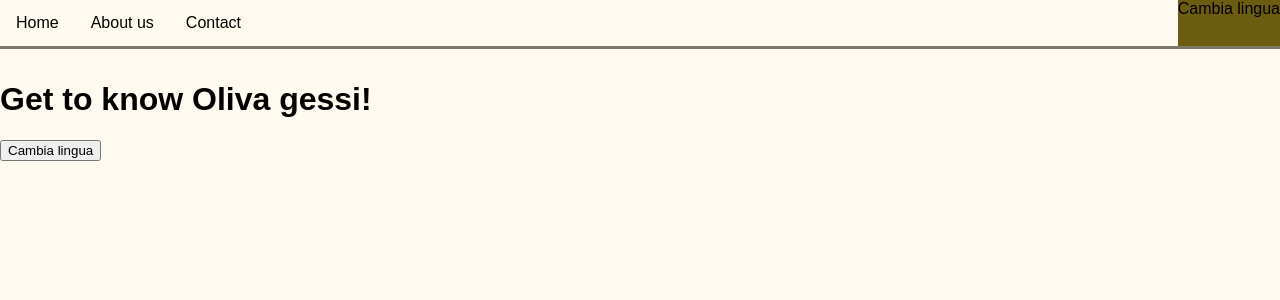
Repository: Seaside-Jokers/Oliva-gessi
Page: index.html
The author's editor kept a copy of each file at every save. The page is drawn from the files as they stood at one save, then again after a run of saves.
The browser window is 1280 px wide. The pictures show the whole page.

Above is the page before, as saved 2026-02-16 19:24:11.

### index.html
<!DOCTYPE html>
<html lang="it">
<head>
    <meta charset="UTF-8">
    <title>Oliva gessi</title>
    <link rel="stylesheet" href="src/style.css">
</head>
<body>
    <nav class="navbar">
        <a class="nav-button" href="#" data-key="home">Home</a>
        <a class="nav-button" href="#" data-key="about">Chi siamo</a>
        <a class="nav-button" href="#" data-key="contact">Contatti</a>
        <a onclick="changeState()" data-key="change-language" class="change-language">
            Cambia lingua</a>
    </nav>

    <h1 data-key="titolo">Vieni a conoscere Oliva Gessi!</h1>
    <button onclick="changeState()" type="button">Cambia lingua</button>

    <!-- - - - - - - - - - - - - - - - - - - - - - - - - - - - - - - - - - - - -->
    <!--                              DO NOT TOUCH                             -->
    <!-- - - - - - - - - - - - - - - - - - - - - - - - - - - - - - - - - - - - -->
    <script src="src/database_testo.js"></script>
    <script src="src/color_scheme.js"></script>
</body>

<!-- TODO: leggi questo commento e poi eliminalo per favore: quando vuoi aggiungere un nuovo testo modificalo in src/database_testo.js -->
</html>

### src/style.css
body {
    font-family: 'Montserrat', sans-serif;
    margin: 0;
    padding: 0;
    padding-top: 60px; /* Per evitare che il contenuto venga nascosto sotto la navbar */
    background-color: var(--colors-background);
}
.navbar {
    display: flex;
    overflow: hidden;
    background-color: var(--colors-surface);
    outline: 3px solid var(--colors-outline);
    position: fixed;
    top: 0;
    width: 100%;
}

.change-language {
    background-color: var(--colors-primary);
    color: var(--colors-onPrimary);
    border: none;
    padding: 0px, 20px;
    cursor: pointer;
    font-size: 16px;
    margin-left: auto;
}

a.nav-button {
    color: var(--colors-onSurface);
    text-decoration: none;
    padding: 14px 16px;
    display: block;
}

/*
    Fonts: https://ctrl-z.it/9-font-architettura-tavole-portfolio https://material-f/
    Design: foundation.github.io/material-theme-builder/
    Fonts: Playfair Display (titoli), Montserrat (testo normale)
*/

### src/database_testo.js
const traduzioni = {
    "it": {
        titolo: "Vieni a conoscere Oliva gessi!",
        home: "Home",
        about: "Chi siamo",
        contact: "Contatti"
    },
    "en": {
        titolo: "Get to know Oliva gessi!",
        home: "Home",
        about: "About us",
        contact: "Contact"
    }
}



/* -------------------------------------------------------------------------- */
/*                                DO NOT TOUCH                                */
/* -------------------------------------------------------------------------- */
var state =  getDefaultLang();

function aggiornaInterfaccia() {
    const elementi = document.querySelectorAll('[data-key]');

    elementi.forEach(el => {
        const chiave = el.getAttribute('data-key');
        const testoTradotto = traduzioni[state][chiave];

        if (testoTradotto) {
            el.textContent = testoTradotto;
        }
    });
}

/* -------------------------------------------------------------------------- */
/*                            Cambiamenti di stato                            */
/* -------------------------------------------------------------------------- */
function getDefaultLang() {
    if(navigator.language.substring(0, 2) === "en")
        return "en";

    return "it";
}
function defaultState() {
    state = getDefaultLang();
    aggiornaInterfaccia();
    return true;
}
function changeStateTo(_state) {
    if(_state !== "it" && _state !== "en") {
        defaultState();
        return;
    }
    state = _state;
    aggiornaInterfaccia();
}
function changeState() {
    if(state === "it")
        changeStateTo("en");
    else
        changeStateTo("it");
}

document.addEventListener("DOMContentLoaded", aggiornaInterfaccia);

### src/color_scheme.js
const ThemeManager = (() => {
    const colorScheme = {
        "light": {
            "primary": "hsl(50, 76%, 24%)",
            "surfaceTint": "hsl(50, 76%, 24%)",
            "onPrimary": "hsl(0, 0%, 100%)",
            "primaryContainer": "hsl(48, 89%, 75%)",
            "onPrimaryContainer": "hsl(51, 100%, 16%)",
            "secondary": "hsl(47, 23%, 33%)",
            "onSecondary": "hsl(0, 0%, 100%)",
            "secondaryContainer": "hsl(46, 60%, 84%)",
            "onSecondaryContainer": "hsl(48, 30%, 24%)",
            "tertiary": "hsl(139, 21%, 33%)",
            "onTertiary": "hsl(0, 0%, 100%)",
            "tertiaryContainer": "hsl(134, 51%, 85%)",
            "onTertiaryContainer": "hsl(141, 28%, 24%)",
            "error": "hsl(0, 75%, 42%)",
            "onError": "hsl(0, 0%, 100%)",
            "errorContainer": "hsl(6, 100%, 92%)",
            "onErrorContainer": "hsl(356, 100%, 29%)",
            "background": "hsl(39, 100%, 97%)",
            "onBackground": "hsl(44, 22%, 10%)",
            "surface": "hsl(39, 100%, 97%)",
            "onSurface": "hsl(44, 22%, 10%)",
            "surfaceVariant": "hsl(42, 38%, 87%)",
            "onSurfaceVariant": "hsl(47, 14%, 26%)",
            "outline": "hsl(46, 9%, 45%)",
            "outlineVariant": "hsl(43, 20%, 75%)",
            "shadow": "hsl(0, 0%, 0%)",
            "scrim": "hsl(0, 0%, 0%)",
            "inverseSurface": "hsl(45, 13%, 18%)",
            "inverseOnSurface": "hsl(40, 57%, 93%)",
            "inversePrimary": "hsl(48, 60%, 65%)",
            "primaryFixed": "hsl(48, 89%, 75%)",
            "onPrimaryFixed": "hsl(48, 100%, 7%)",
            "primaryFixedDim": "hsl(48, 60%, 65%)",
            "onPrimaryFixedVariant": "hsl(51, 100%, 16%)",
            "secondaryFixed": "hsl(46, 60%, 84%)",
            "onSecondaryFixed": "hsl(48, 78%, 7%)",
            "secondaryFixedDim": "hsl(46, 34%, 73%)",
            "onSecondaryFixedVariant": "hsl(48, 30%, 24%)",
            "tertiaryFixed": "hsl(134, 51%, 85%)",
            "onTertiaryFixed": "hsl(147, 100%, 6%)",
            "tertiaryFixedDim": "hsl(135, 29%, 74%)",
            "onTertiaryFixedVariant": "hsl(141, 28%, 24%)",
            "surfaceDim": "hsl(39, 24%, 84%)",
            "surfaceBright": "hsl(39, 100%, 97%)",
            "surfaceContainerLowest": "hsl(0, 0%, 100%)",
            "surfaceContainerLow": "hsl(40, 68%, 94%)",
            "surfaceContainer": "hsl(40, 49%, 92%)",
            "surfaceContainerHigh": "hsl(42, 37%, 89%)",
            "surfaceContainerHighest": "hsl(42, 30%, 87%)"
        },
        "light-medium-contrast": {
            "primary": "hsl(51, 100%, 13%)",
            "surfaceTint": "hsl(50, 76%, 24%)",
            "onPrimary": "hsl(0, 0%, 100%)",
            "primaryContainer": "hsl(49, 61%, 30%)",
            "onPrimaryContainer": "hsl(0, 0%, 100%)",
            "secondary": "hsl(49, 38%, 17%)",
            "onSecondary": "hsl(0, 0%, 100%)",
            "secondaryContainer": "hsl(48, 20%, 38%)",
            "onSecondaryContainer": "hsl(0, 0%, 100%)",
            "tertiary": "hsl(143, 39%, 17%)",
            "onTertiary": "hsl(0, 0%, 100%)",
            "tertiaryContainer": "hsl(139, 18%, 39%)",
            "onTertiaryContainer": "hsl(0, 0%, 100%)",
            "error": "hsl(357, 100%, 23%)",
            "onError": "hsl(0, 0%, 100%)",
            "errorContainer": "hsl(2, 68%, 48%)",
            "onErrorContainer": "hsl(0, 0%, 100%)",
            "background": "hsl(39, 100%, 97%)",
            "onBackground": "hsl(44, 22%, 10%)",
            "surface": "hsl(39, 100%, 97%)",
            "onSurface": "hsl(48, 36%, 5%)",
            "surfaceVariant": "hsl(42, 38%, 87%)",
            "onSurfaceVariant": "hsl(46, 17%, 19%)",
            "outline": "hsl(44, 12%, 30%)",
            "outlineVariant": "hsl(45, 10%, 41%)",
            "shadow": "hsl(0, 0%, 0%)",
            "scrim": "hsl(0, 0%, 0%)",
            "inverseSurface": "hsl(45, 13%, 18%)",
            "inverseOnSurface": "hsl(40, 57%, 93%)",
            "inversePrimary": "hsl(48, 60%, 65%)",
            "primaryFixed": "hsl(49, 61%, 30%)",
            "onPrimaryFixed": "hsl(0, 0%, 100%)",
            "primaryFixedDim": "hsl(51, 94%, 20%)",
            "onPrimaryFixedVariant": "hsl(0, 0%, 100%)",
            "secondaryFixed": "hsl(48, 20%, 38%)",
            "onSecondaryFixed": "hsl(0, 0%, 100%)",
            "secondaryFixedDim": "hsl(49, 25%, 29%)",
            "onSecondaryFixedVariant": "hsl(0, 0%, 100%)",
            "tertiaryFixed": "hsl(139, 18%, 39%)",
            "onTertiaryFixed": "hsl(0, 0%, 100%)",
            "tertiaryFixedDim": "hsl(139, 23%, 29%)",
            "onTertiaryFixedVariant": "hsl(0, 0%, 100%)",
            "surfaceDim": "hsl(41, 16%, 76%)",
            "surfaceBright": "hsl(39, 100%, 97%)",
            "surfaceContainerLowest": "hsl(0, 0%, 100%)",
            "surfaceContainerLow": "hsl(40, 68%, 94%)",
            "surfaceContainer": "hsl(42, 37%, 89%)",
            "surfaceContainerHigh": "hsl(39, 26%, 85%)",
            "surfaceContainerHighest": "hsl(41, 19%, 81%)"
        },
        "light-high-contrast": {
            "primary": "hsl(50, 100%, 10%)",
            "surfaceTint": "hsl(50, 76%, 24%)",
            "onPrimary": "hsl(0, 0%, 100%)",
            "primaryContainer": "hsl(50, 100%, 17%)",
            "onPrimaryContainer": "hsl(0, 0%, 100%)",
            "secondary": "hsl(49, 47%, 13%)",
            "onSecondary": "hsl(0, 0%, 100%)",
            "secondaryContainer": "hsl(48, 28%, 25%)",
            "onSecondaryContainer": "hsl(0, 0%, 100%)",
            "tertiary": "hsl(146, 52%, 13%)",
            "onTertiary": "hsl(0, 0%, 100%)",
            "tertiaryContainer": "hsl(141, 27%, 25%)",
            "onTertiaryContainer": "hsl(0, 0%, 100%)",
            "error": "hsl(357, 100%, 19%)",
            "onError": "hsl(0, 0%, 100%)",
            "errorContainer": "hsl(356, 100%, 30%)",
            "onErrorContainer": "hsl(0, 0%, 100%)",
            "background": "hsl(39, 100%, 97%)",
            "onBackground": "hsl(44, 22%, 10%)",
            "surface": "hsl(39, 100%, 97%)",
            "onSurface": "hsl(0, 0%, 0%)",
            "surfaceVariant": "hsl(42, 38%, 87%)",
            "onSurfaceVariant": "hsl(0, 0%, 0%)",
            "outline": "hsl(48, 19%, 15%)",
            "outlineVariant": "hsl(47, 13%, 27%)",
            "shadow": "hsl(0, 0%, 0%)",
            "scrim": "hsl(0, 0%, 0%)",
            "inverseSurface": "hsl(45, 13%, 18%)",
            "inverseOnSurface": "hsl(0, 0%, 100%)",
            "inversePrimary": "hsl(48, 60%, 65%)",
            "primaryFixed": "hsl(50, 100%, 17%)",
            "onPrimaryFixed": "hsl(0, 0%, 100%)",
            "primaryFixedDim": "hsl(50, 100%, 12%)",
            "onPrimaryFixedVariant": "hsl(0, 0%, 100%)",
            "secondaryFixed": "hsl(48, 28%, 25%)",
            "onSecondaryFixed": "hsl(0, 0%, 100%)",
            "secondaryFixedDim": "hsl(49, 41%, 16%)",
            "onSecondaryFixedVariant": "hsl(0, 0%, 100%)",
            "tertiaryFixed": "hsl(141, 27%, 25%)",
            "onTertiaryFixed": "hsl(0, 0%, 100%)",
            "tertiaryFixedDim": "hsl(145, 43%, 16%)",
            "onTertiaryFixedVariant": "hsl(0, 0%, 100%)",
            "surfaceDim": "hsl(41, 13%, 71%)",
            "surfaceBright": "hsl(39, 100%, 97%)",
            "surfaceContainerLowest": "hsl(0, 0%, 100%)",
            "surfaceContainerLow": "hsl(40, 57%, 93%)",
            "surfaceContainer": "hsl(42, 30%, 87%)",
            "surfaceContainerHigh": "hsl(42, 21%, 82%)",
            "surfaceContainerHighest": "hsl(41, 16%, 76%)"
        },
        "dark": {
            "primary": "hsl(48, 60%, 65%)",
            "surfaceTint": "hsl(48, 60%, 65%)",
            "onPrimary": "hsl(50, 100%, 11%)",
            "primaryContainer": "hsl(51, 100%, 16%)",
            "onPrimaryContainer": "hsl(48, 89%, 75%)",
            "secondary": "hsl(46, 34%, 73%)",
            "onSecondary": "hsl(49, 42%, 15%)",
            "secondaryContainer": "hsl(48, 30%, 24%)",
            "onSecondaryContainer": "hsl(46, 60%, 84%)",
            "tertiary": "hsl(135, 29%, 74%)",
            "onTertiary": "hsl(146, 47%, 15%)",
            "tertiaryContainer": "hsl(141, 28%, 24%)",
            "onTertiaryContainer": "hsl(134, 51%, 85%)",
            "error": "hsl(6, 100%, 84%)",
            "onError": "hsl(357, 100%, 21%)",
            "errorContainer": "hsl(356, 100%, 29%)",
            "onErrorContainer": "hsl(6, 100%, 92%)",
            "background": "hsl(48, 31%, 6%)",
            "onBackground": "hsl(42, 30%, 87%)",
            "surface": "hsl(48, 31%, 6%)",
            "onSurface": "hsl(42, 30%, 87%)",
            "surfaceVariant": "hsl(47, 14%, 26%)",
            "onSurfaceVariant": "hsl(43, 20%, 75%)",
            "outline": "hsl(44, 9%, 55%)",
            "outlineVariant": "hsl(47, 14%, 26%)",
            "shadow": "hsl(0, 0%, 0%)",
            "scrim": "hsl(0, 0%, 0%)",
            "inverseSurface": "hsl(42, 30%, 87%)",
            "inverseOnSurface": "hsl(45, 13%, 18%)",
            "inversePrimary": "hsl(50, 76%, 24%)",
            "primaryFixed": "hsl(48, 89%, 75%)",
            "onPrimaryFixed": "hsl(48, 100%, 7%)",
            "primaryFixedDim": "hsl(48, 60%, 65%)",
            "onPrimaryFixedVariant": "hsl(51, 100%, 16%)",
            "secondaryFixed": "hsl(46, 60%, 84%)",
            "onSecondaryFixed": "hsl(48, 78%, 7%)",
            "secondaryFixedDim": "hsl(46, 34%, 73%)",
            "onSecondaryFixedVariant": "hsl(48, 30%, 24%)",
            "tertiaryFixed": "hsl(134, 51%, 85%)",
            "onTertiaryFixed": "hsl(147, 100%, 6%)",
            "tertiaryFixedDim": "hsl(135, 29%, 74%)",
            "onTertiaryFixedVariant": "hsl(141, 28%, 24%)",
            "surfaceDim": "hsl(48, 31%, 6%)",
            "surfaceBright": "hsl(45, 11%, 21%)",
            "surfaceContainerLowest": "hsl(47, 39%, 5%)",
            "surfaceContainerLow": "hsl(44, 22%, 10%)",
            "surfaceContainer": "hsl(49, 19%, 11%)",
            "surfaceContainerHigh": "hsl(45, 15%, 15%)",
            "surfaceContainerHighest": "hsl(46, 13%, 19%)"
        },
        "dark-medium-contrast": {
            "primary": "hsl(48, 81%, 73%)",
            "surfaceTint": "hsl(48, 60%, 65%)",
            "onPrimary": "hsl(49, 100%, 9%)",
            "primaryContainer": "hsl(49, 44%, 44%)",
            "onPrimaryContainer": "hsl(0, 0%, 0%)",
            "secondary": "hsl(46, 52%, 81%)",
            "onSecondary": "hsl(48, 56%, 11%)",
            "secondaryContainer": "hsl(47, 18%, 52%)",
            "onSecondaryContainer": "hsl(0, 0%, 0%)",
            "tertiary": "hsl(134, 44%, 83%)",
            "onTertiary": "hsl(147, 69%, 10%)",
            "tertiaryContainer": "hsl(137, 15%, 53%)",
            "onTertiaryContainer": "hsl(0, 0%, 0%)",
            "error": "hsl(7, 100%, 90%)",
            "onError": "hsl(358, 100%, 16%)",
            "errorContainer": "hsl(4, 100%, 64%)",
            "onErrorContainer": "hsl(0, 0%, 0%)",
            "background": "hsl(48, 31%, 6%)",
            "onBackground": "hsl(42, 30%, 87%)",
            "surface": "hsl(48, 31%, 6%)",
            "onSurface": "hsl(0, 0%, 100%)",
            "surfaceVariant": "hsl(47, 14%, 26%)",
            "onSurfaceVariant": "hsl(43, 31%, 84%)",
            "outline": "hsl(42, 14%, 67%)",
            "outlineVariant": "hsl(44, 9%, 55%)",
            "shadow": "hsl(0, 0%, 0%)",
            "scrim": "hsl(0, 0%, 0%)",
            "inverseSurface": "hsl(42, 30%, 87%)",
            "inverseOnSurface": "hsl(45, 15%, 15%)",
            "inversePrimary": "hsl(50, 100%, 17%)",
            "primaryFixed": "hsl(48, 89%, 75%)",
            "onPrimaryFixed": "hsl(46, 100%, 4%)",
            "primaryFixedDim": "hsl(48, 60%, 65%)",
            "onPrimaryFixedVariant": "hsl(51, 100%, 13%)",
            "secondaryFixed": "hsl(46, 60%, 84%)",
            "onSecondaryFixed": "hsl(46, 100%, 4%)",
            "secondaryFixedDim": "hsl(46, 34%, 73%)",
            "onSecondaryFixedVariant": "hsl(49, 38%, 17%)",
            "tertiaryFixed": "hsl(134, 51%, 85%)",
            "onTertiaryFixed": "hsl(143, 100%, 4%)",
            "tertiaryFixedDim": "hsl(135, 29%, 74%)",
            "onTertiaryFixedVariant": "hsl(143, 39%, 17%)",
            "surfaceDim": "hsl(48, 31%, 6%)",
            "surfaceBright": "hsl(43, 11%, 25%)",
            "surfaceContainerLowest": "hsl(40, 50%, 2%)",
            "surfaceContainerLow": "hsl(44, 21%, 10%)",
            "surfaceContainer": "hsl(49, 15%, 14%)",
            "surfaceContainerHigh": "hsl(45, 13%, 18%)",
            "surfaceContainerHighest": "hsl(42, 11%, 23%)"
        },
        "dark-high-contrast": {
            "primary": "hsl(47, 100%, 86%)",
            "surfaceTint": "hsl(48, 60%, 65%)",
            "onPrimary": "hsl(0, 0%, 0%)",
            "primaryContainer": "hsl(48, 57%, 63%)",
            "onPrimaryContainer": "hsl(44, 100%, 3%)",
            "secondary": "hsl(46, 89%, 89%)",
            "onSecondary": "hsl(0, 0%, 0%)",
            "secondaryContainer": "hsl(46, 32%, 71%)",
            "onSecondaryContainer": "hsl(44, 100%, 3%)",
            "tertiary": "hsl(134, 80%, 90%)",
            "onTertiary": "hsl(0, 0%, 0%)",
            "tertiaryContainer": "hsl(135, 28%, 72%)",
            "onTertiaryContainer": "hsl(140, 100%, 3%)",
            "error": "hsl(8, 100%, 96%)",
            "onError": "hsl(0, 0%, 0%)",
            "errorContainer": "hsl(7, 100%, 82%)",
            "onErrorContainer": "hsl(358, 100%, 7%)",
            "background": "hsl(48, 31%, 6%)",
            "onBackground": "hsl(42, 30%, 87%)",
            "surface": "hsl(48, 31%, 6%)",
            "onSurface": "hsl(0, 0%, 100%)",
            "surfaceVariant": "hsl(47, 14%, 26%)",
            "onSurfaceVariant": "hsl(0, 0%, 100%)",
            "outline": "hsl(42, 62%, 92%)",
            "outlineVariant": "hsl(42, 18%, 74%)",
            "shadow": "hsl(0, 0%, 0%)",
            "scrim": "hsl(0, 0%, 0%)",
            "inverseSurface": "hsl(42, 30%, 87%)",
            "inverseOnSurface": "hsl(0, 0%, 0%)",
            "inversePrimary": "hsl(50, 100%, 17%)",
            "primaryFixed": "hsl(48, 89%, 75%)",
            "onPrimaryFixed": "hsl(0, 0%, 0%)",
            "primaryFixedDim": "hsl(48, 60%, 65%)",
            "onPrimaryFixedVariant": "hsl(46, 100%, 4%)",
            "secondaryFixed": "hsl(46, 60%, 84%)",
            "onSecondaryFixed": "hsl(0, 0%, 0%)",
            "secondaryFixedDim": "hsl(46, 34%, 73%)",
            "onSecondaryFixedVariant": "hsl(46, 100%, 4%)",
            "tertiaryFixed": "hsl(134, 51%, 85%)",
            "onTertiaryFixed": "hsl(0, 0%, 0%)",
            "tertiaryFixedDim": "hsl(135, 29%, 74%)",
            "onTertiaryFixedVariant": "hsl(143, 100%, 4%)",
            "surfaceDim": "hsl(48, 31%, 6%)",
            "surfaceBright": "hsl(46, 8%, 30%)",
            "surfaceContainerLowest": "hsl(0, 0%, 0%)",
            "surfaceContainerLow": "hsl(49, 19%, 11%)",
            "surfaceContainer": "hsl(45, 13%, 18%)",
            "surfaceContainerHigh": "hsl(45, 11%, 22%)",
            "surfaceContainerHighest": "hsl(46, 10%, 26%)"
        }
    };

    let currentColorScheme = null;
    const STORAGE_KEY = 'user-color-scheme';
    const listeners = [];

    /**
     * Estrae il livello di contrasto dallo schema corrente
     * @param {string} scheme - Nome dello schema (es. 'dark-high-contrast')
     * @returns {string} Il livello di contrasto ('', 'medium-contrast', 'high-contrast')
     */
    function getContrastLevel(scheme) {
        if (scheme.includes('high-contrast')) return 'high-contrast';
        if (scheme.includes('medium-contrast')) return 'medium-contrast';
        return '';
    }

    /**
     * Ottiene lo schema colore preferito dal sistema operativo
     * @returns {string} 'dark' o 'light'
     */
    function getBrowserColorScheme() {
        if (window.matchMedia?.('(prefers-color-scheme: dark)').matches) {
            return 'dark';
        }
        return 'light';
    }

    /**
     * Aggiorna le variabili CSS con i colori dello schema corrente
     */
    function updateThemeColors() {
        const colors = colorScheme[currentColorScheme];
        if (!colors) {
            console.error(`Impossibile trovare i colori per lo schema: ${currentColorScheme}`);
            return;
        }

        const root = document.documentElement;

        // Applica ogni colore come variabile CSS
        for (const [key, value] of Object.entries(colors)) {
            const cssVarName = key.replace(/([A-Z])/g, '-$1').toLowerCase();
            root.style.setProperty(`--colors-${cssVarName}`, value);
        }

        // Notifica i listener del cambio tema
        notifyListeners(currentColorScheme);
    }

    /**
     * Cambia lo schema colore
     * @param {string} scheme - Nome dello schema da applicare
     * @returns {boolean} True se il cambio è avvenuto con successo
     */
    function changeColorScheme(scheme) {
        if (!colorScheme[scheme]) {
            console.error(`Schema colore non valido: ${scheme}`);
            return false;
        }

        currentColorScheme = scheme;
        updateThemeColors();

        // Salva la preferenza in localStorage
        try {
            localStorage.setItem(STORAGE_KEY, scheme);
        } catch (e) {
            console.warn('Impossibile salvare le preferenze tema:', e);
        }

        return true;
    }

    /**
     * Alterna tra modalità chiara e scura mantenendo il livello di contrasto
     */
    function toggleLightDark() {
        const isDark = currentColorScheme.startsWith('dark');
        const contrastLevel = getContrastLevel(currentColorScheme);

        const newScheme = isDark
            ? (contrastLevel ? `light-${contrastLevel}` : 'light')
            : (contrastLevel ? `dark-${contrastLevel}` : 'dark');

        changeColorScheme(newScheme);
    }

    /**
     * Imposta lo schema colore con livello di contrasto opzionale
     * @param {string} scheme - 'light' o 'dark'
     * @param {string} contrastLevel - '', 'medium-contrast' o 'high-contrast'
     */
    function setColorScheme(scheme, contrastLevel = '') {
        const fullScheme = contrastLevel ? `${scheme}-${contrastLevel}` : scheme;
        changeColorScheme(fullScheme);
    }

    /**
     * Registra un listener per i cambiamenti di tema
     * @param {Function} callback - Funzione chiamata quando il tema cambia
     * @returns {Function} Funzione per rimuovere il listener
     */
    function addThemeChangeListener(callback) {
        if (typeof callback !== 'function') {
            console.error('Il listener deve essere una funzione');
            return () => {};
        }

        listeners.push(callback);

        // Restituisce funzione per rimuovere il listener
        return () => {
            const index = listeners.indexOf(callback);
            if (index > -1) {
                listeners.splice(index, 1);
            }
        };
    }

    /**
     * Notifica tutti i listener del cambio tema
     * @param {string} newScheme - Il nuovo schema applicato
     */
    function notifyListeners(newScheme) {
        listeners.forEach(callback => {
            try {
                callback(newScheme);
            } catch (e) {
                console.error('Errore nel listener del tema:', e);
            }
        });
    }

    /**
     * Resetta le preferenze salvate e torna allo schema di sistema
     */
    function resetToSystemPreference() {
        try {
            localStorage.removeItem(STORAGE_KEY);
        } catch (e) {
            console.warn('Impossibile rimuovere le preferenze salvate:', e);
        }

        const systemScheme = getBrowserColorScheme();
        changeColorScheme(systemScheme);
    }

    /**
     * Ottiene tutti gli schemi disponibili
     * @returns {string[]} Array con i nomi di tutti gli schemi disponibili
     */
    function getAvailableSchemes() {
        return Object.keys(colorScheme);
    }

    /**
     * Verifica se lo schema corrente è scuro
     * @returns {boolean} True se il tema corrente è scuro
     */
    function isDarkMode() {
        return currentColorScheme?.startsWith('dark') ?? false;
    }

    /**
     * Inizializza il sistema di gestione temi
     */
    function init() {
        // 1. Cerca una preferenza salvata
        let savedScheme = null;
        try {
            savedScheme = localStorage.getItem(STORAGE_KEY);
        } catch (e) {
            console.warn('Impossibile leggere le preferenze tema:', e);
        }

        // 2. Usa quella salvata se valida, altrimenti usa quella del sistema
        const initialScheme = savedScheme && colorScheme[savedScheme]
            ? savedScheme
            : getBrowserColorScheme();

        changeColorScheme(initialScheme);

        // 3. Ascolta i cambiamenti di preferenza di sistema
        const mediaQuery = window.matchMedia?.('(prefers-color-scheme: dark)');
        if (mediaQuery) {
            mediaQuery.addEventListener('change', (e) => {
                // Aggiorna solo se non c'è una preferenza salvata dall'utente
                try {
                    const hasSavedPreference = localStorage.getItem(STORAGE_KEY);
                    if (!hasSavedPreference) {
                        const systemScheme = e.matches ? 'dark' : 'light';
                        const contrastLevel = getContrastLevel(currentColorScheme);
                        setColorScheme(systemScheme, contrastLevel);
                    }
                } catch (err) {
                    console.warn('Errore nella gestione del cambio tema di sistema:', err);
                }
            });
        }
    }

    // Espone l'API pubblica
    return {
        init,
        changeColorScheme,
        toggleLightDark,
        setColorScheme,
        getCurrentScheme: () => currentColorScheme,
        getAvailableSchemes,
        isDarkMode,
        addThemeChangeListener,
        resetToSystemPreference
    };
})();

// Inizializza automaticamente quando il DOM è pronto
if (document.readyState === 'loading') {
    document.addEventListener('DOMContentLoaded', ThemeManager.init);
} else {
    ThemeManager.init();
}

After the next 4 saves:
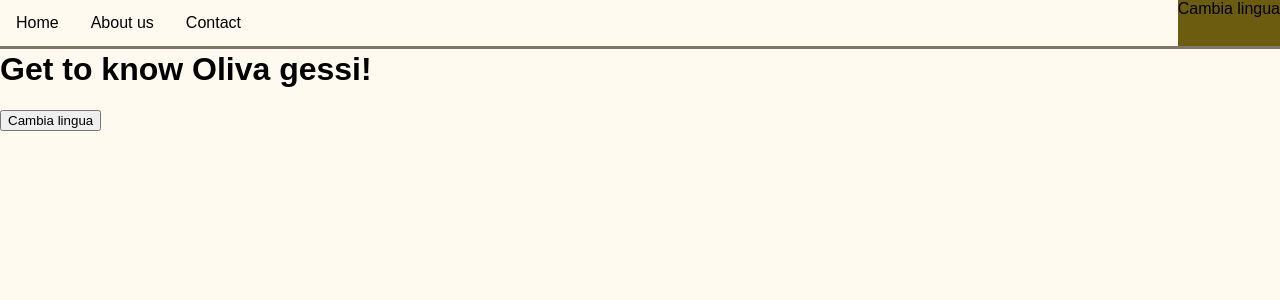
The 4 saves are shown as one change because they came seconds apart.
The last was saved 12 s later.
--- a/src/style.css
+++ b/src/style.css
@@ -2,7 +2,7 @@ body {
     font-family: 'Montserrat', sans-serif;
     margin: 0;
     padding: 0;
-    padding-top: 60px; /* Per evitare che il contenuto venga nascosto sotto la navbar */
+    padding-top: 30px;
     background-color: var(--colors-background);
 }
 .navbar {
